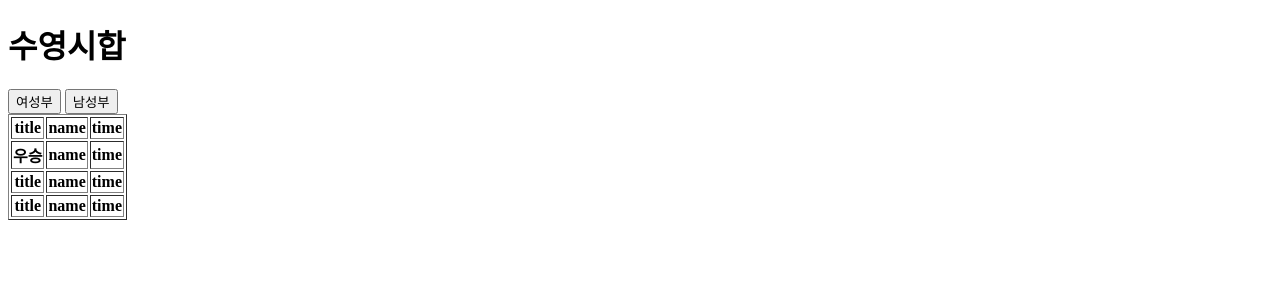
Repository: jeongho97/JQuery
Page: JQuery기본2/WebContent/JQuery_table데이터추가.html
The author's editor kept a copy of each file at every save. The page is drawn from the files as they stood at one save, then again after the next save.
The browser window is 1280 px wide. The pictures show the whole page.

Above is the page before, as saved 2022-05-13 02:35:37.

### JQuery기본2/WebContent/JQuery_table데이터추가.html
<!DOCTYPE html>
<html>
<head>
<meta charset="UTF-8">
<title>Insert title here</title>
<script src="https://ajax.googleapis.com/ajax/libs/jquery/3.6.0/jquery.min.js"></script> <!-- jQuery를 직접 다운로드하고 호스팅 -->
</head>
<body>

<h1>수영시합</h1>

<button type="button" id="woman">여성부</button>
<button type="button" id="man">남성부</button>

<table border="1">
<tr>
	<th>title</th>
	<th>name</th>
	<th>time</th>
</tr>
<tr>
	<th>우승</th>
	<th>name</th>
	<th>time</th>
</tr>
<tr>
	<th>title</th>
	<th>name</th>
	<th>time</th>
</tr>
<tr>
	<th>title</th>
	<th>name</th>
	<th>time</th>
</tr>


</table>

<script type="text/javascript">



</script>

</body>
</html>

After the next save:
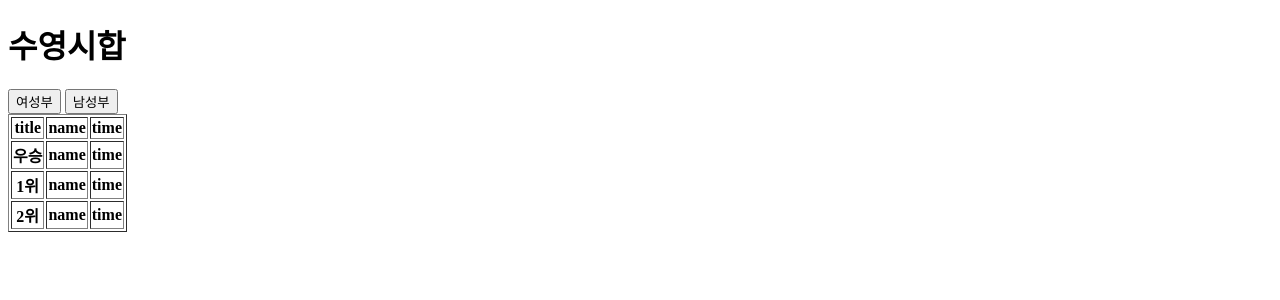
Saved 19 s later.
--- a/JQuery기본2/WebContent/JQuery_table데이터추가.html
+++ b/JQuery기본2/WebContent/JQuery_table데이터추가.html
@@ -24,12 +24,12 @@
 	<th>time</th>
 </tr>
 <tr>
-	<th>title</th>
+	<th>1위</th>
 	<th>name</th>
 	<th>time</th>
 </tr>
 <tr>
-	<th>title</th>
+	<th>2위</th>
 	<th>name</th>
 	<th>time</th>
 </tr>
@@ -39,7 +39,7 @@
 
 <script type="text/javascript">
 
-
+let woman=[]
 
 </script>
 
